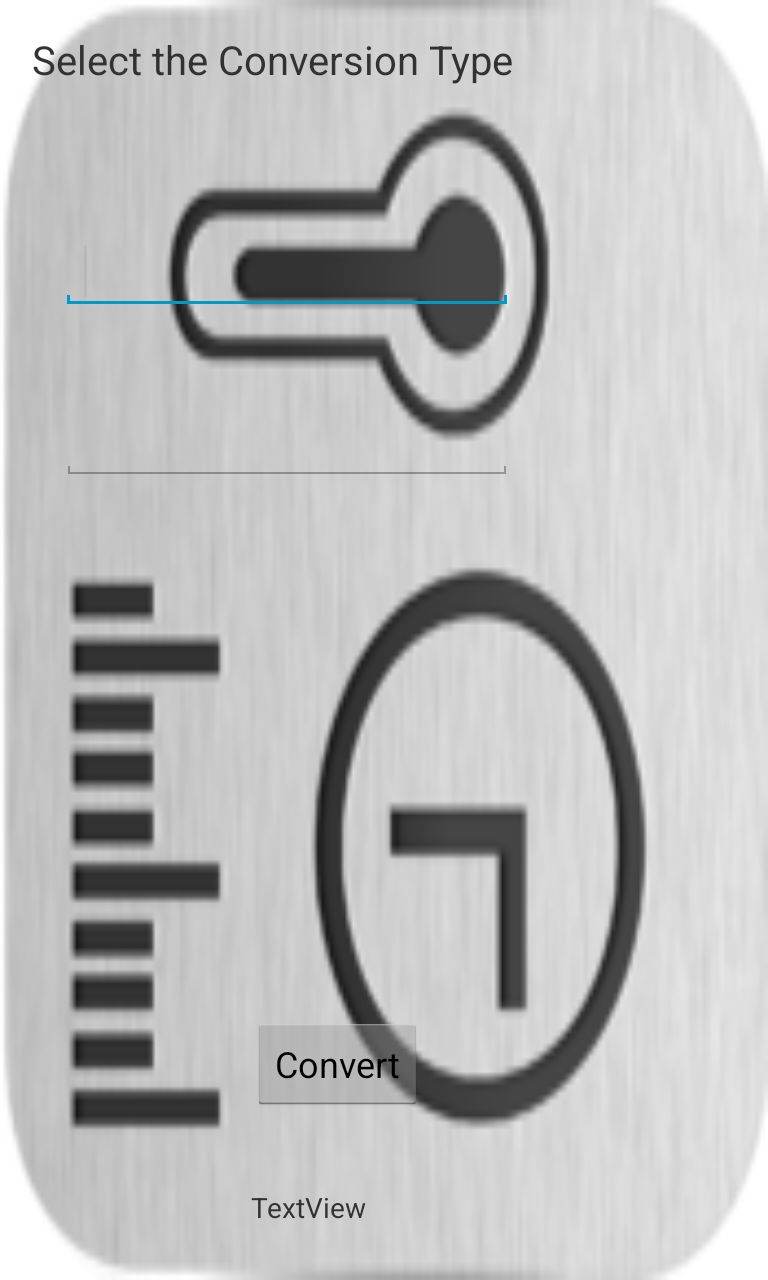
Repository: Shruthi06/designed-droid
Layout: conversion_assignment/res/layout/activity_main.xml
An editor plug-in stored every save of this project. The layout is shown before and after the next save, followed by the edit.
It is drawn on a 768 x 1280 px phone screen (xhdpi) without system bars, with theme AppTheme; the app's code is not run. Lists and similar views that code fills are empty.

Above is the layout before, as saved 2016-02-04 19:57:49.

After the next save:
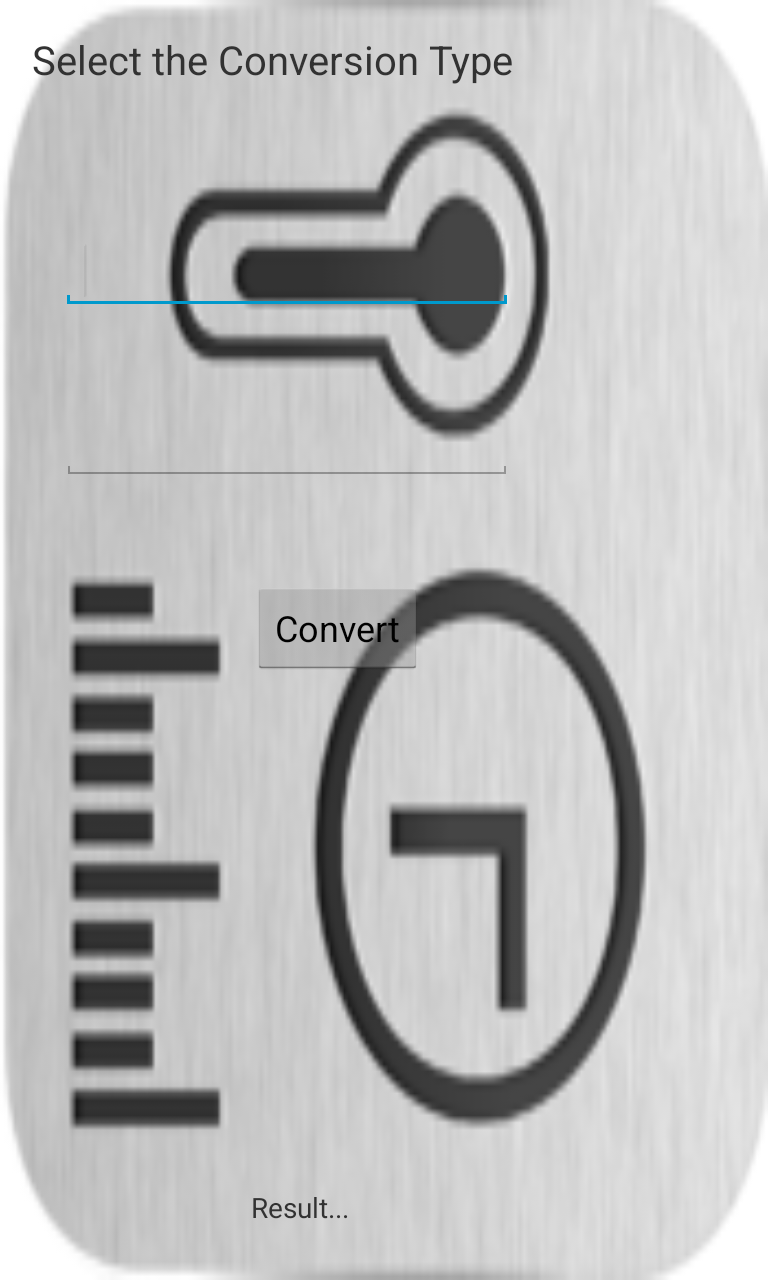
Saved 66 s later.
--- a/conversion_assignment/res/layout/activity_main.xml
+++ b/conversion_assignment/res/layout/activity_main.xml
@@ -48,17 +48,7 @@
         android:layout_height="30dp"
         android:layout_alignBottom="@+id/listViewconversiontype"
         android:layout_alignLeft="@+id/buttonconvert"
-        android:text="TextView" />
-
-    <Button
-        android:id="@+id/buttonconvert"
-        android:layout_width="wrap_content"
-        android:layout_height="wrap_content"
-        android:layout_above="@+id/result_textview"
-        android:layout_marginBottom="38dp"
-        android:layout_marginRight="26dp"
-        android:layout_toLeftOf="@+id/listViewconversiontype"
-        android:text="Convert" />
+        android:text="Result..." />
 
     <ListView
         android:id="@+id/listViewconversiontype"
@@ -70,4 +60,14 @@
 
     </ListView>
 
+    <Button
+        android:id="@+id/buttonconvert"
+        android:layout_width="wrap_content"
+        android:layout_height="wrap_content"
+        android:layout_below="@+id/editTextvalue2"
+        android:layout_marginRight="26dp"
+        android:layout_marginTop="49dp"
+        android:layout_toLeftOf="@+id/listViewconversiontype"
+        android:text="Convert" />
+
 </RelativeLayout>
